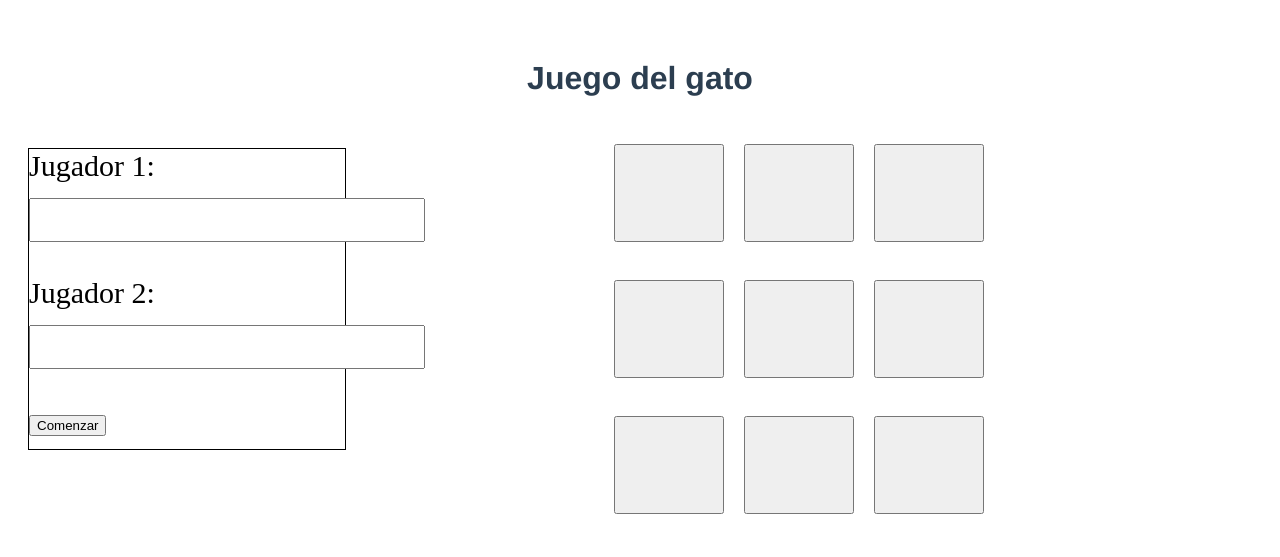
Repository: franciscamanquecheo/Taller-2
Page: / (app in vite-project/)
The author's editor kept a copy of each file at every save. The page is drawn from the files as they stood at one save, then again after the next save.
The browser window is 1280 px wide. The pictures show the whole page.
The project was rebuilt for these pictures with package versions that can differ from the ones it lists, and the page was loaded fresh each time. Also part of the build but not shown: vite-project/vite.config.ts.

Above is the page before, as saved 2022-06-17 17:59:15.

After the next save:
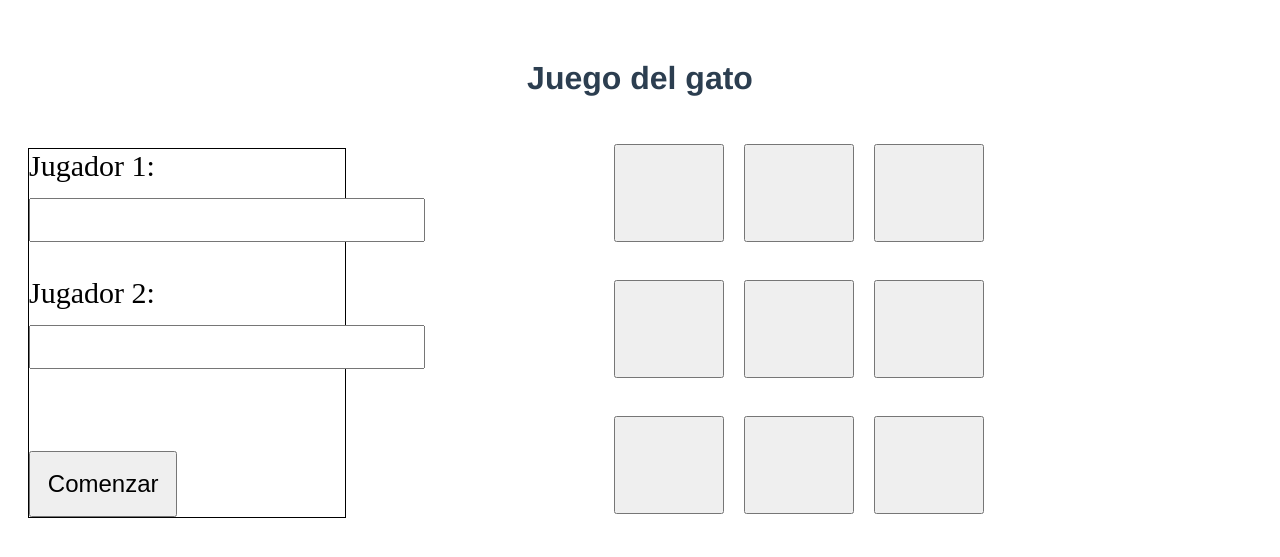
Saved 2 min 17 s later.
--- a/vite-project/src/App.vue
+++ b/vite-project/src/App.vue
@@ -88,6 +88,11 @@ input[type="text"]{
   margin: 0.2 em;
   padding: 0.1em;
 }
+input[type="button"]#comenzar{
+  font-size: 0.8em;
+  margin-top: 2em;
+  padding: 0.7em;
+}
 
 
 
